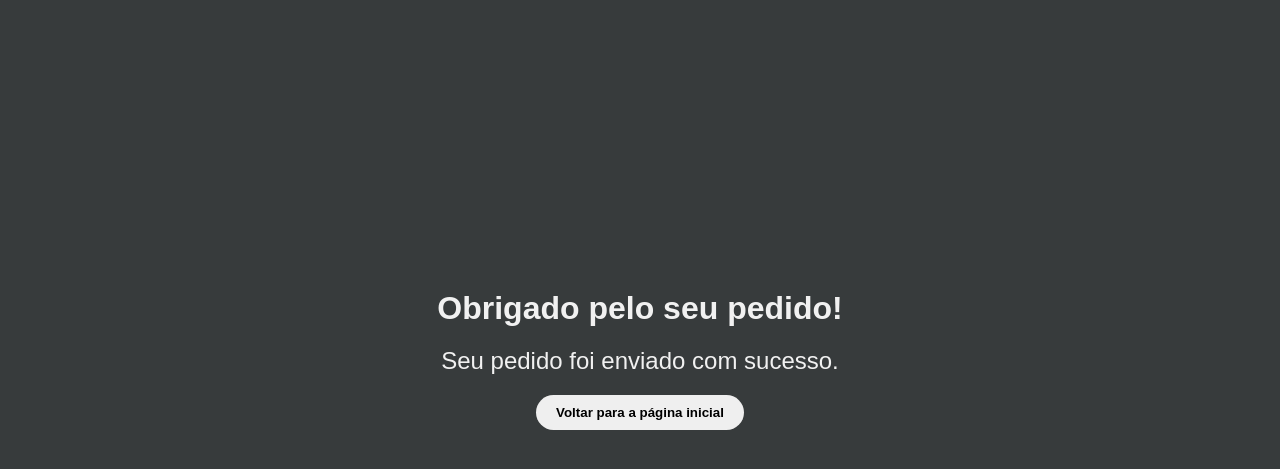
Repository: Marinalr-25/Projeto-Aparelhos-de-Academia
Page: thanks.html
These files come from the project's save history. The page is drawn as it stood at one moment and after the next save; the edit follows.
The browser window is 1280 px wide. The pictures show the whole page.

Above is the page before, as saved 2025-01-14 14:16:46.

After the next save:
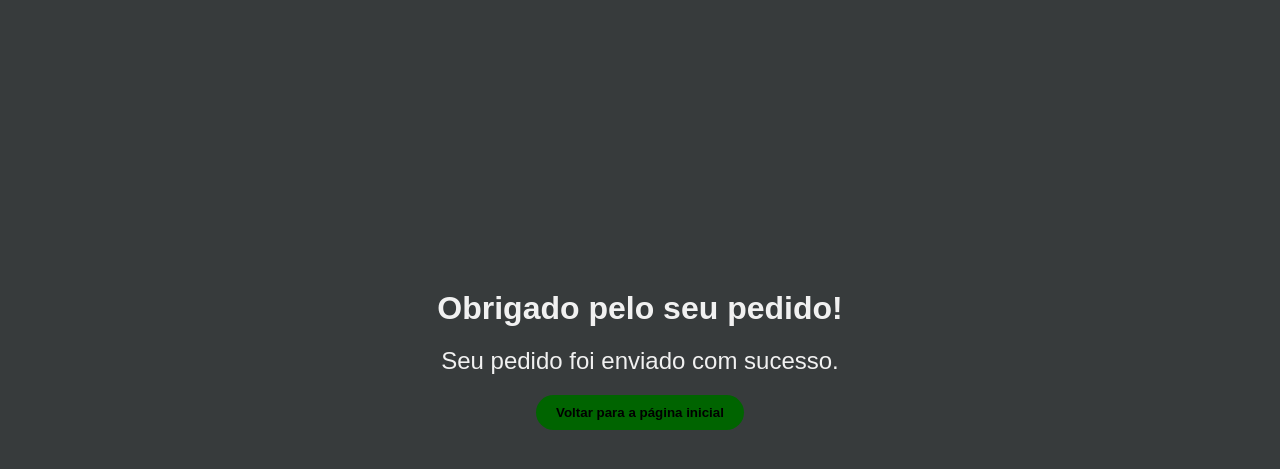
Saved 8 s later.
--- a/css/thanks.css
+++ b/css/thanks.css
@@ -33,5 +33,5 @@ body {
   padding: 1rem 2rem;
   border-radius: 5rem;
   font-weight: 600;
-  background-color: ;
+  background-color: var(--cor-fundo);
 }
